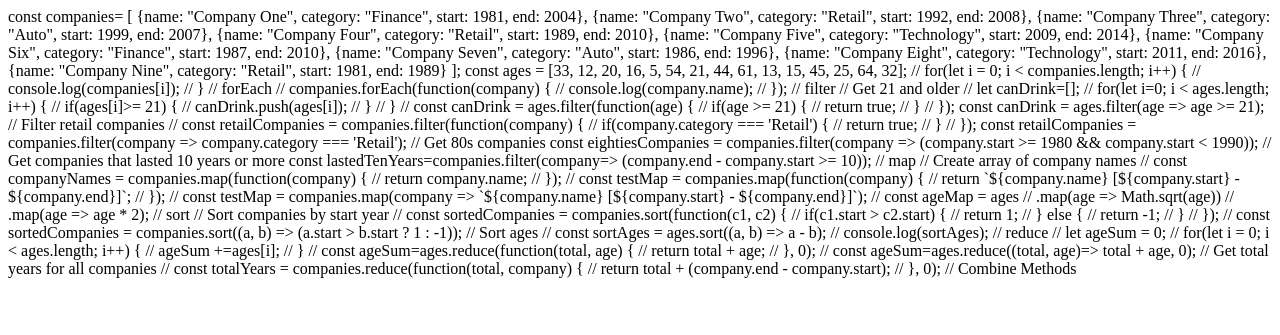
Repository: Fauzaanmhmd/vanillaHigherOrderFunctions
Page: index.html
The author's editor kept a copy of each file at every save. The page is drawn from the files as they stood at one save, then again after the next save.
The browser window is 1280 px wide. The pictures show the whole page.

Above is the page before, as saved 2022-02-16 23:15:59.

### index.html
const companies= [
{name: "Company One", category: "Finance", start: 1981, end: 2004},
{name: "Company Two", category: "Retail", start: 1992, end: 2008},
{name: "Company Three", category: "Auto", start: 1999, end: 2007},
{name: "Company Four", category: "Retail", start: 1989, end: 2010},
{name: "Company Five", category: "Technology", start: 2009, end: 2014},
{name: "Company Six", category: "Finance", start: 1987, end: 2010},
{name: "Company Seven", category: "Auto", start: 1986, end: 1996},
{name: "Company Eight", category: "Technology", start: 2011, end: 2016},
{name: "Company Nine", category: "Retail", start: 1981, end: 1989}
];

const ages = [33, 12, 20, 16, 5, 54, 21, 44, 61, 13, 15, 45, 25, 64, 32];

// for(let i = 0; i < companies.length; i++) { // console.log(companies[i]); // } // forEach //
    companies.forEach(function(company) { // console.log(company.name); // }); // filter // Get 21 and older // let
    canDrink=[]; // for(let i=0; i < ages.length; i++) { // if(ages[i]>= 21) {
    // canDrink.push(ages[i]);
    // }
    // }

    // const canDrink = ages.filter(function(age) {
    // if(age >= 21) {
    // return true;
    // }
    // });

    const canDrink = ages.filter(age => age >= 21);

    // Filter retail companies

    // const retailCompanies = companies.filter(function(company) {
    // if(company.category === 'Retail') {
    // return true;
    // }
    // });

    const retailCompanies = companies.filter(company => company.category === 'Retail');

    // Get 80s companies

    const eightiesCompanies = companies.filter(company => (company.start >= 1980 && company.start < 1990)); // Get
        companies that lasted 10 years or more const lastedTenYears=companies.filter(company=> (company.end -
        company.start >= 10));

        // map

        // Create array of company names
        // const companyNames = companies.map(function(company) {
        // return company.name;
        // });

        // const testMap = companies.map(function(company) {
        // return `${company.name} [${company.start} - ${company.end}]`;
        // });

        // const testMap = companies.map(company => `${company.name} [${company.start} - ${company.end}]`);

        // const ageMap = ages
        // .map(age => Math.sqrt(age))
        // .map(age => age * 2);



        // sort

        // Sort companies by start year

        // const sortedCompanies = companies.sort(function(c1, c2) {
        // if(c1.start > c2.start) {
        // return 1;
        // } else {
        // return -1;
        // }
        // });

        // const sortedCompanies = companies.sort((a, b) => (a.start > b.start ? 1 : -1));

        // Sort ages
        // const sortAges = ages.sort((a, b) => a - b);

        // console.log(sortAges);


        // reduce

        // let ageSum = 0;
        // for(let i = 0; i < ages.length; i++) { // ageSum +=ages[i]; // } // const ageSum=ages.reduce(function(total,
            age) { // return total + age; // }, 0); // const ageSum=ages.reduce((total, age)=> total + age, 0);

            // Get total years for all companies

            // const totalYears = companies.reduce(function(total, company) {
            // return total + (company.end - company.start);
            // }, 0);

            <!-- const totalYears = companies.reduce((total, company) => total + (company.end - company.start), 0); -->

            // Combine Methods

            <!-- const combined = ages
  .map(age => age * 2)
  .filter(age => age >= 40)
  .sort((a, b) => a - b)
  .reduce((a, b) => a + b, 0);

console.log(combined); -->

After the next save:
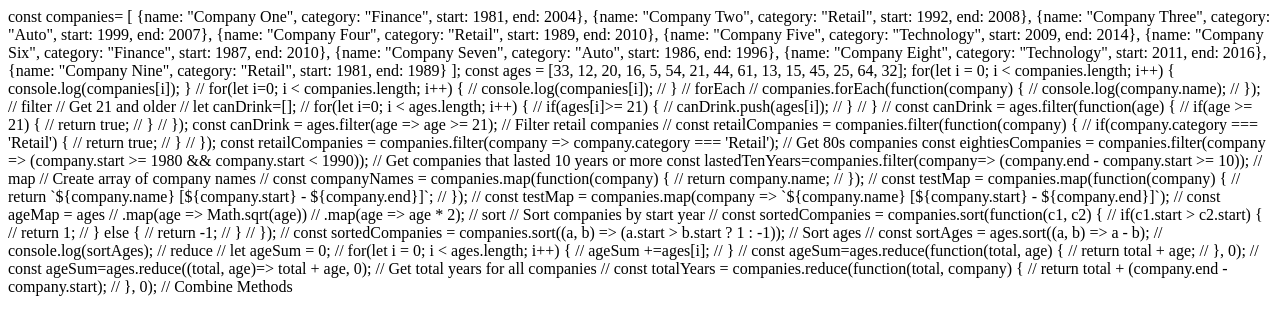
Saved 77 s later.
--- a/index.html
+++ b/index.html
@@ -12,9 +12,9 @@ const companies= [
 
 const ages = [33, 12, 20, 16, 5, 54, 21, 44, 61, 13, 15, 45, 25, 64, 32];
 
-// for(let i = 0; i < companies.length; i++) { // console.log(companies[i]); // } // forEach //
-    companies.forEach(function(company) { // console.log(company.name); // }); // filter // Get 21 and older // let
-    canDrink=[]; // for(let i=0; i < ages.length; i++) { // if(ages[i]>= 21) {
+for(let i = 0; i < companies.length; i++) { console.log(companies[i]); } // for(let i=0; i < companies.length; i++) { //
+    console.log(companies[i]); // } // forEach // companies.forEach(function(company) { // console.log(company.name); //
+    }); // filter // Get 21 and older // let canDrink=[]; // for(let i=0; i < ages.length; i++) { // if(ages[i]>= 21) {
     // canDrink.push(ages[i]);
     // }
     // }
